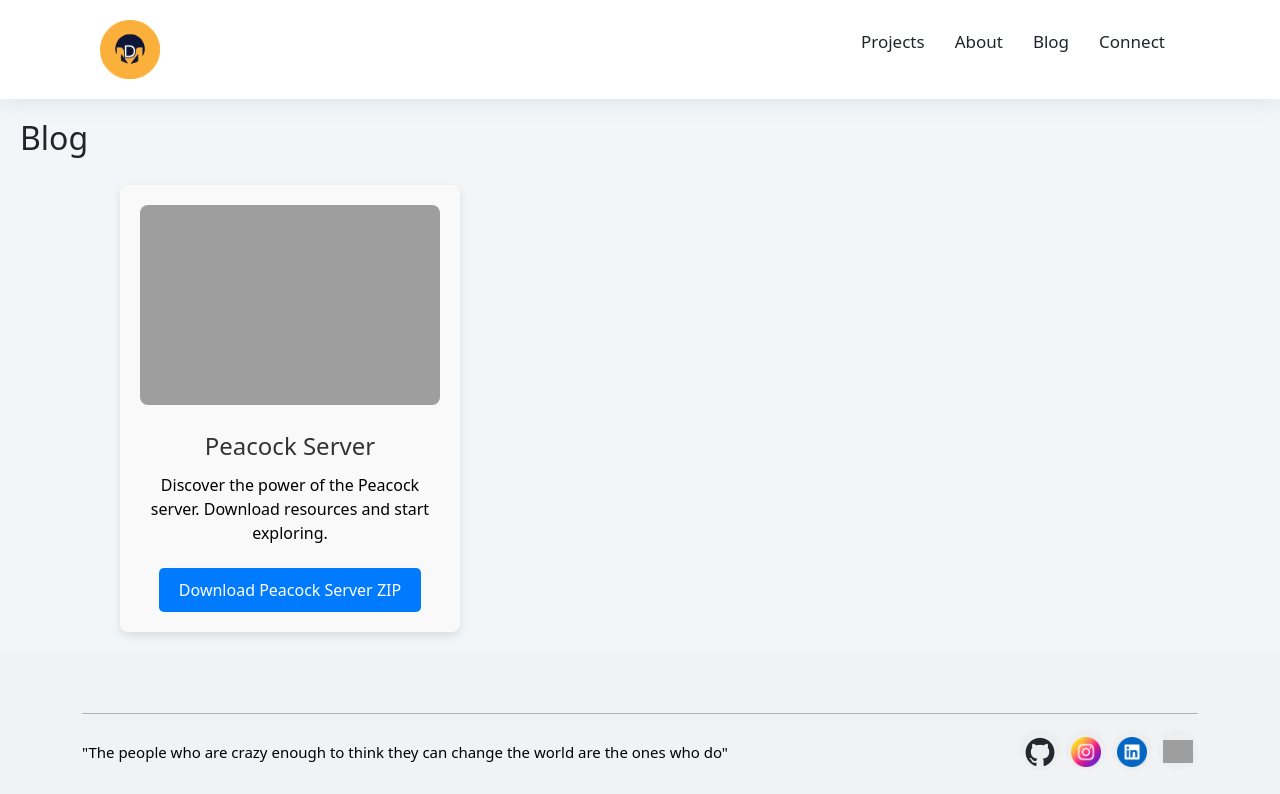
Repository: kaizoku010/firebrand
Page: /blog
An editor plug-in stored every save of this project. The page is shown before and after a run of saves, followed by the edit.
The browser window is 1280 px wide. The pictures show the whole page.
Pictures or frames that could not be fetched are drawn as grey boxes. The project was rebuilt for these pictures with package versions that can differ from the ones it lists, and the page was loaded fresh each time. Also part of the build but not shown: vite.config.js, src/update/homescreen.js, src/update/about.css, src/components/chips.css, src/components/chips.js, src/update/about.js, src/dataPoint/AllProjects.js, src/update/appsPage.js and 2 more.

Above is the page before, as saved 2024-11-11 11:52:59.

### public/index.html
<!DOCTYPE html>
<html lang="en">
  <head>
    <meta charset="utf-8" />
    <link rel="icon" href="%PUBLIC_URL%/logo.ico" />
    <meta name="viewport" content="width=device-width, initial-scale=1" />
    <meta name="theme-color" content="#000000" />
    <meta
      name="description"
      content="Welcome to Firebrand, Home of Dixon Muneza"
    />
    <link rel="apple-touch-icon" href="%PUBLIC_URL%/logo.png" />
    <!--
      manifest.json provides metadata used when your web app is installed on a
      user's mobile device or desktop. See https://developers.google.com/web/fundamentals/web-app-manifest/
    -->
    <link rel="manifest" href="%PUBLIC_URL%/manifest.json" />
    <!--
      Notice the use of %PUBLIC_URL% in the tags above.
      It will be replaced with the URL of the `public` folder during the build.
      Only files inside the `public` folder can be referenced from the HTML.

      Unlike "/favicon.ico" or "favicon.ico", "%PUBLIC_URL%/favicon.ico" will
      work correctly both with client-side routing and a non-root public URL.
      Learn how to configure a non-root public URL by running `npm run build`.
    -->
    <title>Dixon Muneza</title>
    <!-- Global site tag (gtag.js) - Google Analytics -->
<script async src="https://www.googletagmanager.com/gtag/js?id=G-C8GX9VTJ6W"></script>
<script>
  window.dataLayer = window.dataLayer || [];
  function gtag(){dataLayer.push(arguments);}
  gtag('js', new Date());

  gtag('config', 'G-C8GX9VTJ6W');
</script>
  </head>
  <body>
    <noscript>You need to enable JavaScript to run this app.</noscript>
    <div id="root"></div>
    <!--
      This HTML file is a template.
      If you open it directly in the browser, you will see an empty page.

      You can add webfonts, meta tags, or analytics to this file.
      The build step will place the bundled scripts into the <body> tag.

      To begin the development, run `npm start` or `yarn start`.
      To create a production bundle, use `npm run build` or `yarn build`.
    -->
  </body>
</html>

### src/App.js
import React from 'react'
import 'bootstrap/dist/css/bootstrap.css'
import './App.css'
import { BrowserRouter as Router, Routes, Route } from 'react-router-dom'
import Header from './update/header.js'
import HomeScreen from '././update/homescreen.js'
import AboutDixon from '././update/about.js'
import AppPage from './update/appsPage.js'
import Blog from './update/blog.js'
import Footer from '././update/footer.js'
import Connect from './update/connect'


function App () {
  return (
    <Router>
      <div className=''>
      <Header/>
      <Routes>

       <Route path='/' element={<HomeScreen />} />
          <Route path="/apps" element={<AppPage />} />
          <Route path="/about" element={<AboutDixon />} />
          <Route path="/blog" element={<Blog />} />
          <Route path="/connect" element={<Connect />} />

     </Routes>
        <Footer/>
      </div>

    </Router>
  )
}

export default App

### src/App.css
body {
  -webkit-font-smoothing: antialiased;
  background-color: #f3f6f8;
  margin-top: 0px;
  font-family:  ui-sans-serif,system-ui,-apple-system,BlinkMacSystemFont,Segoe UI,Roboto,Helvetica Neue,Arial,Noto Sans,sans-serif,apple color emoji,segoe ui emoji,Segoe UI Symbol,noto color emoji;
;
}

.content{
display: none !important;
}

a {
  text-decoration: none;
  color: #5747ff !important;
}

@media only screen and (max-width: 900px) {
  .holder__ {
    text-align: center;
    padding: 20px;
  }
}

.thumb-lg {
  height: 88px;
  width: 88px;
}
.profile-user-box {
  position: relative;
  border-radius: 5px;
}
.bg-custom {
  /*background-color: #02c0ce !important;  */
  background-color: #02191b !important;
  /* 02191b */
}
.profile-user-box {
  position: relative;
  border-radius: 5px;
}

.card-box {
  padding: 20px;
  position: sticky;
  border-radius: 3px;
  margin-bottom: 30px;
  z-index: 1;
  top: 0;
  background-color: #fff;
}
.inbox-widget .inbox-item img {
  width: 40px;
}

.inbox-widget .inbox-item {
  border-bottom: 1px solid #f3f6f8;
  overflow: hidden;
  padding: 10px 0;
  position: relative;
}

.inbox-widget .inbox-item .inbox-item-img {
  display: block;
  float: left;
  margin-right: 15px;
  width: 40px;
}

.inbox-widget .inbox-item img {
  width: 40px;
}

.inbox-widget .inbox-item .inbox-item-author {
  color: #313a46;
  display: block;
  margin: 0;
}

.inbox-widget .inbox-item .inbox-item-text {
  color: #98a6ad;
  display: block;
  font-size: 14px;
  margin: 0;
}

.inbox-widget .inbox-item .inbox-item-date {
  color: #98a6ad;
  font-size: 11px;
  position: absolute;
  right: 7px;
  top: 12px;
}

.comment-list .comment-box-item {
  position: relative;
}

.comment-list .comment-box-item .commnet-item-date {
  color: #98a6ad;
  font-size: 11px;
  position: absolute;
  right: 7px;
  top: 2px;
}

.comment-list .comment-box-item .commnet-item-msg {
  color: #313a46;
  display: block;
  margin: 10px 0;
  font-weight: 400;
  font-size: 15px;
  line-height: 24px;
}

.comment-list .comment-box-item .commnet-item-user {
  color: #98a6ad;
  display: block;
  font-size: 14px;
  margin: 0;
}

.comment-list a + a {
  margin-top: 15px;
  display: block;
}

.ribbon-box .ribbon-primary {
  background: #2d7bf4;
}

.ribbon-box .ribbon {
  position: relative;
  float: left;
  clear: both;
  padding: 5px 12px 5px 12px;
  margin-left: -30px;
  margin-bottom: 15px;
  font-family: Rubik, sans-serif;
  -webkit-box-shadow: 2px 5px 10px rgba(49, 58, 70, 0.15);
  -o-box-shadow: 2px 5px 10px rgba(49, 58, 70, 0.15);
  box-shadow: 2px 5px 10px rgba(49, 58, 70, 0.15);
  color: #fff;
  font-size: 13px;
}
.text-custom {
  color: #949797 !important;
}

.badge-custom {
  background: #02c0ce;
  color: #fff;
}
.badge {
  font-family: Rubik, sans-serif;
  -webkit-box-shadow: 0 0 24px 0 rgba(0, 0, 0, 0.06),
    0 1px 0 0 rgba(0, 0, 0, 0.02);
  box-shadow: 0 0 24px 0 rgba(0, 0, 0, 0.06), 0 1px 0 0 rgba(0, 0, 0, 0.02);
  padding: 0.35em 0.5em;
  font-weight: 500;
}
.text-muted {
  color: #98a6ad !important;
}
project_list
.font-13 {
  font-size: 13px !important;
}

.fire-text {
  text-align: justify;
}

@media screen and (max-width: 800px) {
  .card-box {
    padding: 20px !important;
    position: sticky;
    border-radius: 3px;
    margin-bottom: 30px;
    z-index: 1;
    top: 0;
    background-color: #fff;
  }
}


.main-color{
  color: #fbb03b;
}

### src/update/header.js
import React from 'react'
import "./header.css"
import Logo from "../img/logo.png"
import Email from "../img/email.png"
import { Link } from "react-router-dom";

function header() {
  return (
      <header class="header">
    <nav>
    <div class="logo">
          <a class="name_logo" href="index.html">Muneza.<span>Dixon</span></a>
        <Link to="/">  <img class="fireband-logo" src={ Logo} /></Link>
    </div>
    <input type="checkbox" id="menu-toggle"/>
    <label for="menu-toggle" class="menu-icon">&#9776;</label>
    <ul class="menu">
      <li><Link to={"apps"}>Projects</Link></li>
      <li><Link to={"about"} href="#">About</Link></li>
      <li><Link to={"blog"}>Blog</Link></li>
      <li><a href={"connect"}>Connect</a></li>
    </ul>
  </nav>
</header>
  )
}
// #9f0009 reds
export default header

### src/update/blog.js
import React from 'react';
import '../update/blog.css';
import PP from "../img/pp.png";

function Blog() {
  // Mock data for blog items
  const blogs = [
    { id: 1, title: 'Peacock Server', description: 'Discover the power of the Peacock server. Download resources and start exploring.' },
  ];

  // Download handler for the main blog item
  const handleDownload = () => {
    const fileUrl = '/resources/peacock-server.zip'; // Adjust the path as needed
    window.location.href = fileUrl;
  };

  return (


    <div className='blog-page'>
          <h2 className='blog-title'>Blog</h2>

         <div className="blog-grid">
      {blogs.map((blog) => (
        <div key={blog.id} className="blog-item">

          {blog.id === 1 && <img src={PP} alt="Peacock Server" className="blog-item-image" />}
          <h2 className="blog-item-title">{blog.title}</h2>
          <p className="blog-item-description">{blog.description}</p>
          {blog.id === 1 && (
            <button className="download-button" onClick={handleDownload}>
              Download Peacock Server ZIP
            </button>
          )}
        </div>
      ))}
    </div>
    </div>
  );
}

export default Blog;

### src/update/footer.js
import React from 'react'
import "./footer.css"
// import { FontAwesomeIcon } from '@fortawesome/react-fontawesome'
import CodeIc from "../img/github-mark.png"
import IG from "../img/instagram.png"
import DeviantArt from "../img/deviantart.png"
import LinkedIn from "../img/linked.png"
// import { faInstagram } from '@fortawesome/free-brands-svg-icons'

function footer() {
  return (
    <footer class="site-footer">
      <div class="container">
        <hr/>
      </div>
      <div class="container">
        <div class="row">
          <div class="col-md-8 col-sm-6 col-xs-12">
            <p class="copyright-text">"The people who are crazy enough to think they can change the world are the ones who do"
            </p>
          </div>

          <div class="col-md-4 col-sm-6 col-xs-12">
            <ul class="social-icons">
            <li><a   target='_blank' class="facebook" href="https://github.com/kaizoku010"><img  class="facebook"   src={CodeIc} /></a></li>
              <li><a target='_blank' class="facebook" href="https://www.instagram.com/ug.firebrand/"><img class="facebook" src={IG} /></a></li>
              <li><a   target='_blank' class="facebook" href="https://www.linkedin.com/in/dixon-muneza-a0a1b510a"><img  class="facebook"  src={LinkedIn} /></a></li>
              <li><a   target='_blank' class="facebook" href="https://www.deviantart.com/imfaceless"><img  class="facebook"  src={DeviantArt} /></a></li>
              </ul>
          </div>
        </div>
      </div>
</footer>
  )
}

export default footer

### src/update/header.css
header_div {
    padding: 0;
    margin: 0;
    box-sizing: border-box;
    font-family: sans-serif;
    text-decoration: none;
    list-style: none;
  }


  .name_logo{
    display:none;
  }

  .header {
    position: sticky;
    top: 0;
    grid-area: header;
    width: 100%;
    box-shadow: 0 4px 20px hsla(207, 24%, 35%, 0.1);
    background-color: white;
    z-index: 2;
  }

  .email-ic{
    width:38px;
  }

  nav {
    display: flex;
    justify-content: space-between;
    align-items: center;
    padding: 20px 100px;
  }

  .logo a {
    font-size: 24px;
    font-weight: bold;
    color: #fff;
  }

  .logo a span {
    color: #8739fa;
  }


  .menu {
    display: flex;
    list-style:none;
    justify-content: center;
    align-items: center;
  }

  .menu a {
    display: block;
    padding: 7px 15px;
    font-size: 17px;
    font-weight: 500;
    transition: 0.2s all ease-in-out;
    color: #fff;
  }

  .menu:hover a {
    opacity: 0.4;
  }

  .menu a:hover {
    opacity: 1;
    color: #fff;
  }

  .menu-icon {
    display: none;
  }

  #menu-toggle {
    display: none;
  }

  #menu-toggle:checked ~ .menu {
    transform: scale(1, 1);
  }

  @media only screen and (max-width: 950px) {
    .menu {
      flex-direction: column;
      background-color: white;
      align-items: start;
      position: absolute;
      top: 82px;
      left: 0;
      width: 100%;
      z-index: 1;
      padding-left: 10px;
      transform: scale(1, 0);
      transform-origin: top;
      transition: transform 0.3s ease-in-out;
      box-shadow: rgba(0, 0, 0, 0.15) 1.95px 1.95px 2.6px;
    }

    nav {
      display: flex;
      justify-content: space-between;
      align-items: center;
      padding: 18px 30px;
  }

    .name_logo{
        display:none;
      }

    .menu a {
      margin-left: 12px;
    }

    .menu li {
      margin-bottom: 10px;
    }

    .menu-icon {
      display: block;
      color: black;
      font-size: 28px;
      cursor: pointer;
    }
    /* my logo */

  .fireband-logo{
    width: 50px !important;

  }
  }



  .fireband-logo{
    width: 60px;
  }


  .header a {
    color:#212529 !important
      }
    .header a:hover {
        color:#fbb03b !important;
    }

### src/update/homescreen.css
.homepage{
    /* margin-top: 50px; */
    display: flex;
    place-content: center;
    height: 100vh;
    align-items: center;
    position: relative;

    min-height: 500px;
}

.main-content{
    text-align: center;
    display: flex;
    flex-direction: column;
}

#userImage{
    border-radius: 50% !important;
    align-self: center;
    margin-bottom: 10px;
    width: 60%;
}

.userName{
    letter-spacing: -.05em;
    font-size: 2.5rem;
    text-align: center;
    background: -webkit-radial-gradient(#030303, #010001);
    -webkit-background-clip: text;
    background-clip: text;
    -webkit-text-fill-color: transparent;
    line-height: 1;
    font-weight: 700;
    white-space: nowrap;
}

.userRole{
    max-width: 48rem;
    font-size: 20px;
    font-weight: 100;
    margin-left: auto;
    letter-spacing: -.025em;
    color: rgb(17 24 39 / var(50%));
    text-align: center;
    margin-right: auto;
}

.site-holder{
    padding-left: 1.5rem;
    flex-wrap: nowrap;
    padding-right: 1.5rem;
    gap: 1.5rem;
    margin-top: 0.5rem;
    margin-bottom: 0.5rem;
    justify-content: center;
    display: flex;
    flex-direction: row;
}

#btn-projects{
    color: rgb(255 255 255 / var(10%));
    padding-top: 0.75rem;
    background-color: #fbb03b;
    padding-bottom: 0.75rem;
    opacity: 1;
    line-height: 1.375;
    color: black;
    font-weight: 500;
    border-radius: 2.5rem;
    border-color: #fbb03b45;
    padding-left: 2rem;
    padding-right: 2rem;
}

#btn-projects:hover{
    background-color: #efa123;

}


.project-ic{
    height:26px;
    padding-right: 5px;

    padding-left: 5px;
    margin-bottom: 5px !important;
}

#btn-code{
background-color:  rgb(17 24 39);
color: rgb(255 255 255 / var(10%));
padding-top: 0.75rem;
padding-bottom: 0.75rem;
opacity: 1;
line-height: 1.375;
color: white;
font-weight: 500;
border-radius: 2.5rem;
border-color: #fbb03b45;
padding-left: 2rem;
padding-right: 2rem;
}

#btn-code:hover{
    background-color: rgb(71, 74, 81);

}

@media only screen and (max-width: 950px) {
    .homepage {
        display: flex;
        place-content: center;
        height: 100%;
        align-items: center;
        position: relative;
    }

    .site-footer {
        position: relative;
        background-color: #f0f2f4e4;
        padding: 0px 0 20px !important;
        font-size: 15px;
        line-height: 24px;
        color: #737373;
    }
}

### src/update/appsPage.css
.appsHolder {
  background-color: #e3ecf6 !important;
  padding-right: 1.5em;
  padding-left: 1.5em;
}

.appsHeading {
  text-align: center;
  font-size: 3.75em;
  line-height: 1;
  margin-bottom: 4rem;
  font-weight: 700;
  letter-spacing: -0.05em !important;
  padding: 50px;
}

.sites-holder {
  place-content: center !important;
}

.apps-span {
  color: #fbb03b;
}

.sites {
  display: flex;
  gap: 50px;
  place-content: center !important;
}

.top-element:hover {
  box-shadow: 0 4px 8px 0 rgba(0, 0, 0, 0.2), 0 4px 20px 0 rgba(0, 0, 0, 0);
  transition: 0.75rem;
}

.top-element {
  cursor: pointer;
  width: -moz-fit-content;
  width: fit-content;
  background-color: white;
  display: flex;
  padding: 30px;
  height: 100%;
  border-radius: 10px;
  align-items: center;
  flex-direction: row;
}

.site-title {
  font-size: 1.875rem;
  line-height: 2.25rem;
  color: black;
  font-weight: 700;
  margin-bottom: 0.125rem;
}

.site-title:hover {
  color: #f2b44d;
}
.site-logo {
  width: 100px;
  align-self: center;
  height: 100px;
  border-radius: 0px;
}
.site-text-holder {
  display: flex;
  padding-left: 20px;
  flex-direction: column;
}
.site-desc {
  font-size: 1.24rem;
  font-weight: 400;
  color:black !important;
  line-height: 1.75rem;
}
.chip{
  background-color: rgb(127 255 127 / 56%) !important;
}
.chip-layout {
  display: flex;
  gap: 12px;
}
.sites-list {
  display: grid;
  grid-template-columns: repeat(2, auto);
  grid-template-rows: auto;
  padding: 1%;
  gap: 20px;
  list-style-type: none;
  margin: .5rem !important;
  height: -webkit-max-content;
  height: max-content;
}
/* mobile view */
@media only screen and (max-width: 950px) {
  .sites-list {
    display: grid;
    grid-template-columns: repeat(1, auto);
    grid-template-rows: auto;
    padding: 1%;
    gap: 10px;
    list-style-type: none;
    margin: 1rem;
    height: -webkit-max-content;
    height: max-content;
  }
  .site-title:hover {
    color: #f2b44d;
  }
  .site-desc {
    font-size: 1.1rem !important;
    font-weight: 400;
    color: black !important;
    line-height: 1.5rem;
    margin-bottom: 8%;


}

.chip {
  padding: 5px 10px;
  border-radius: 50px;
  margin-bottom: 4% !important;
  display: inline-block;
  color: white;
}

  .appsHolder {
    background-color: #e3ecf6 !important;
    padding-right: 0.5em;
    padding-left: 0.5em;
  }

  .site-logo {
    /* width: 100%; */
    align-self: center;
    margin-left: 20px !important;
    height: 20%;
    border-radius: 0px;
  }

  .appsHeading {
    text-align: center !important;
    font-size: 3em !important;
    line-height: 1;
    padding: 10% !important;
    margin-bottom: 0rem !important;
    font-weight: 700;
    letter-spacing: -0.05em !important;
    padding: 8px;
}

  .top-element {
    cursor: pointer;
    width: -moz-fit-content;
    width: fit-content;
    height: fit-content;
    display: block !important;
    background-color: white;
    padding: 5px;
    border-radius: 10px;
    flex-direction: row;
  }
}

.link-list {
  color: black;
  text-decoration: none !important;
}

a{
  color: black;
  text-decoration: none !important;
}

p{
  color: black !important;
}

### src/update/blog.css
.blog-holder{
height:100vh;

}

.blog-page{
    display: flex;
    align-items: left;
    flex-direction: column;
    padding-left: 20px;
    padding-top: 20px;
}

.blog-grid {
    display: grid;
    grid-template-columns: repeat(3, 1fr);
    gap: 20px;
    padding: 20px 100px;
  }

  .blog-item {
    background-color: #f9f9f9;
    padding: 20px;
    border-radius: 8px;
    box-shadow: 0 4px 8px rgba(0, 0, 0, 0.1);
    text-align: center;
  }

  .blog-item-title {
    font-size: 1.5em;
    margin: 0.5em 0;
    color: #333;
  }

  .blog-item-description {
    font-size: 1em;
    color: #666;
    margin: 0.5em 0;
  }

  .download-button {
    margin-top: 15px;
    padding: 10px 20px;
    font-size: 1em;
    color: white;
    background-color: #007bff;
    border: none;
    border-radius: 5px;
    cursor: pointer;
  }

  .download-button:hover {
    background-color: #0056b3;
  }

  @media (max-width: 768px) {
    .blog-grid {
      grid-template-columns: repeat(2, 1fr);
    }
  }

  @media (max-width: 480px) {
    .blog-grid {
      grid-template-columns: 1fr;
    }
  }


.blog-container{
text-align: center;
border: 0px solid;
position: absolute;
top: 50%;
left: 50%;
transform: translate(-50%, -50%);
padding: 10px;
width: -moz-fit-content;
width: fit-content;
/* margin: 100px 300px 100px 300px; */
}

.coming-soon-title{
font-weight: 900;
text-align: left !important;
font-size: 5em;
}

.soon-span{
    color: #fbb03b;
}

.coming-soon-text{
    text-align: left !important;
}

.blog-image-holder{
width: -moz-fit-content;
width: fit-content;
}

.blog-item-image {
    width: 100%;
    height: auto;
    max-height: 200px;
    margin-bottom: 15px;
    border-radius: 8px;
    object-fit: cover;
  }


.blog-image{

    height:300px;
}

/* mobile view */
@media only screen and (max-width: 950px) {
    .blog-container {
        text-align: center;
        border: 0px solid;
        position: absolute;
        top: 63%;
        left: 50%;
        transform: translate(-50%, -50%);

        width: -moz-fit-content;
        width: fit-content;

    }


.coming-soon-title{
    line-height:0.8;
    font-weight: 900;
    text-align: left !important;
    font-size: 5em;
    }
    }

### src/update/footer.css
.site-footer
{
  position: relative;
  background-color:#f0f2f4e4;
  padding:45px 0 20px;
  font-size:15px;
  line-height:24px;
  color:#737373;
}

.row{
  align-items: center !important;
}

.facebook{
    width: 30px;
}
.site-footer hr
{
  border-top-color:#bbb;
  opacity:0.5
}
.site-footer hr.small
{
  margin:20px 0
}
.site-footer h6
{
  color:#fff;
  font-size:16px;
  text-transform:uppercase;
  margin-top:5px;
  letter-spacing:2px
}
.site-footer a
{
  color:#737373;
}
.site-footer a:hover
{
  color:#3366cc;
  text-decoration:none;
}
.footer-links
{
  padding-left:0;
  list-style:none
}
.footer-links li
{
  display:block
}
.footer-links a
{
  color:#737373
}
.footer-links a:active,.footer-links a:focus,.footer-links a:hover
{
  color:#3366cc;
  text-decoration:none;
}
.footer-links.inline li
{
  display:inline-block
}
.site-footer .social-icons
{
  text-align:right
}
.site-footer .social-icons a
{
  width:40px;
  height:40px;
  line-height:40px;
  margin-left:6px;
  margin-right:0;
  border-radius:100%;
}
.copyright-text
{
  margin:0
}
@media (max-width:991px)
{
  .site-footer [class^=col-]
  {
    margin-bottom:30px
  }
}
@media (max-width:767px)
{

  .copyright-text{
    margin:10px;
  }
  .site-footer
  {
    padding-bottom:0
  }
  .site-footer .copyright-text,.site-footer .social-icons
  {
    text-align:center
  }
}
.social-icons
{
  padding-left:0;
  margin-bottom:0;
  list-style:none
}
.social-icons li
{
  display:inline-block;
  margin-bottom:4px
}
.social-icons li.title
{
  margin-right:15px;
  text-transform:uppercase;
  color:#96a2b2;
  font-weight:700;
  font-size:13px
}
.social-icons a{
  background-color:#eceeef;
  color:#818a91;
  font-size:16px;
  display:inline-block;
  line-height:44px;
  width:44px;
  height:44px;
  text-align:center;
  margin-right:8px;
  border-radius:100%;
  -webkit-transition:all .2s linear;
  -o-transition:all .2s linear;
  transition:all .2s linear
}
.social-icons a:active,.social-icons a:focus,.social-icons a:hover
{
  color:#fff;
  background-color:#ebebeb
}
.social-icons.size-sm a
{
  line-height:34px;
  height:34px;
  width:34px;
  font-size:14px
}
.social-icons a.facebook:hover
{
  background-color:#e7e9e9
}
.social-icons a.twitter:hover
{
  background-color:#00aced
}
.social-icons a.linkedin:hover
{
  background-color:#007bb6
}
.social-icons a.dribbble:hover
{
  background-color:#ea4c89
}
@media (max-width:767px)
{
  .social-icons li.title
  {
    display:block;
    margin-right:0;
    font-weight:600
  }
}

Loaded but not shown: src/index.js (common file); src/index.css (common file); src/reportWebVitals.js (common file)

After the next 4 saves:
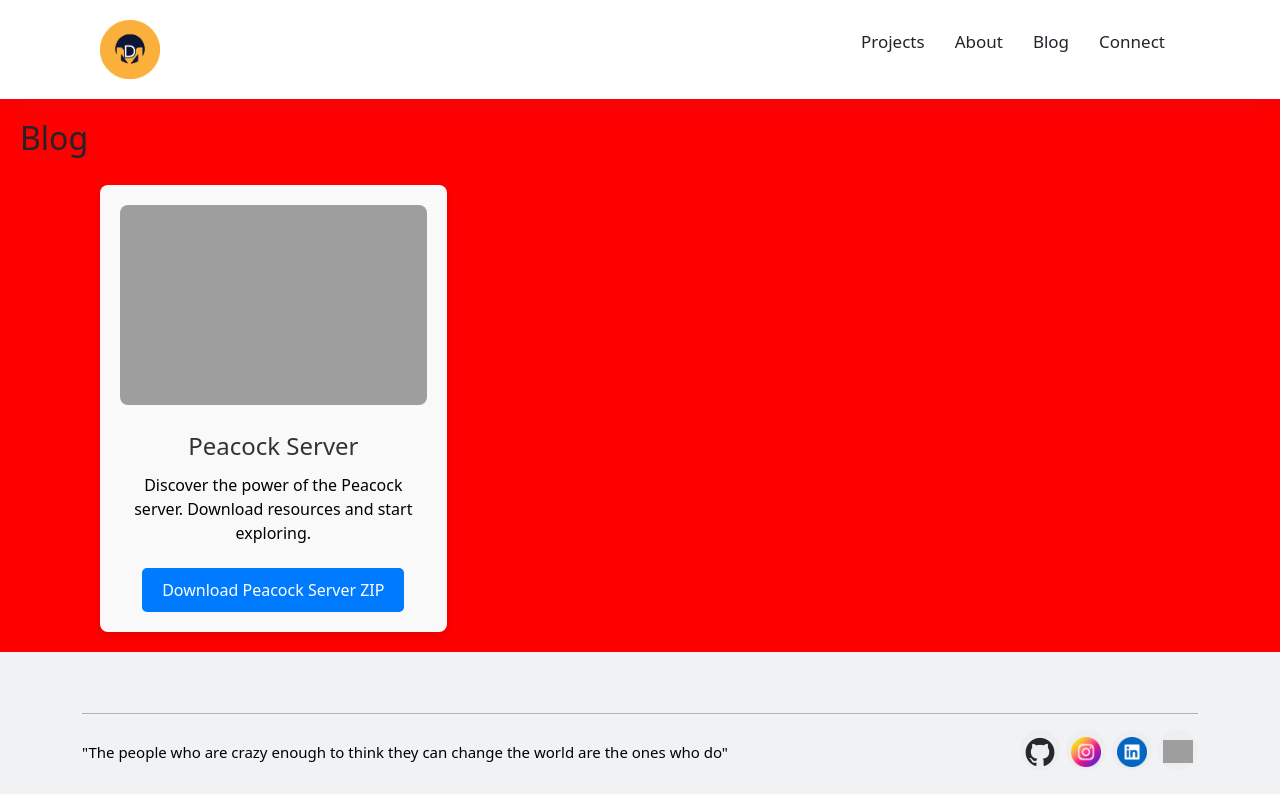
The 4 saves are shown as one change because they came seconds apart.
The last was saved 14 s later.
--- a/src/update/blog.css
+++ b/src/update/blog.css
@@ -7,6 +7,11 @@ height:100vh;
     display: flex;
     align-items: left;
     flex-direction: column;
+    background-color: red;
+
+}
+
+.blog-title{
     padding-left: 20px;
     padding-top: 20px;
 }
